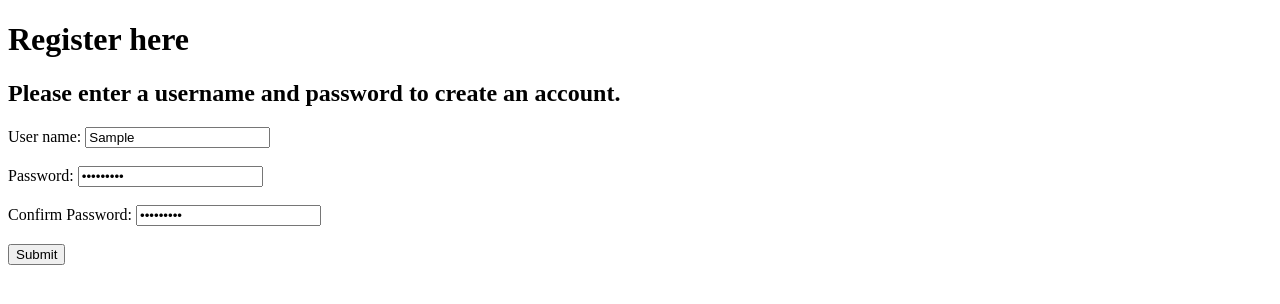
Repository: ejohnson93/CSCE_464
Page: http://localhost/hotel_management/register.jsp
These files come from the project's save history. The page is drawn as it stood at one moment and after the next save; the edit follows.
The browser window is 1280 px wide. The pictures show the whole page.
Empty fields were first filled with sample values (such as "Sample", 5 or name@example.com).
After loading, the first visible `#regForm` was submitted once.
The page is served by Tomcat 9. Other server files are loaded and not shown. The template is opened directly, without the code that normally fills it, so the values that code supplies are empty.

Above is the page before, as saved 2016-01-30 16:09:08.

### hotel_management/WebContent/register.jsp
<%@ page language="java" contentType="text/html; charset=ISO-8859-1"
    pageEncoding="ISO-8859-1"%>
<!DOCTYPE html PUBLIC "-//W3C//DTD HTML 4.01 Transitional//EN" "http://www.w3.org/TR/html4/loose.dtd">
<html>
<head>
<meta http-equiv="Content-Type" content="text/html; charset=ISO-8859-1">
<title>Register</title>
</head>
<body>
<h1> Register here</h1>
<h2>Please enter a username and password to create an account.</h2>
<form id="regForm" name="input" action="Register" method="post" onsubmit="myFunction(); return false;">
User name: <input type="text" name="username">
<br></br>
Password: <input type="password" name="password">
<br></br>
Confirm Password: <input type="password" name="confirm">
<br></br>
<input type="submit" value="Submit">
</form>
<%if (request.getAttribute("nameTaken") != null){ %>
<p style="color: red;"><%= request.getAttribute("nameTaken") %></p>
<%}  if (request.getAttribute("passError") != null) {%>
<p><%= request.getAttribute("passError") %></p>
<%} %>
<script>
function myFunction() {
    var password = document.getElementById("regForm").elements[1].value;
    var confirm = document.getElementById("regForm").elements[2].value;
    if ( password != confirm ) {
    	alert("Passwords did not match");
    	return false;
    }else{
    	return true;
    }
}
</script>
</body>
</html>

After the next save:
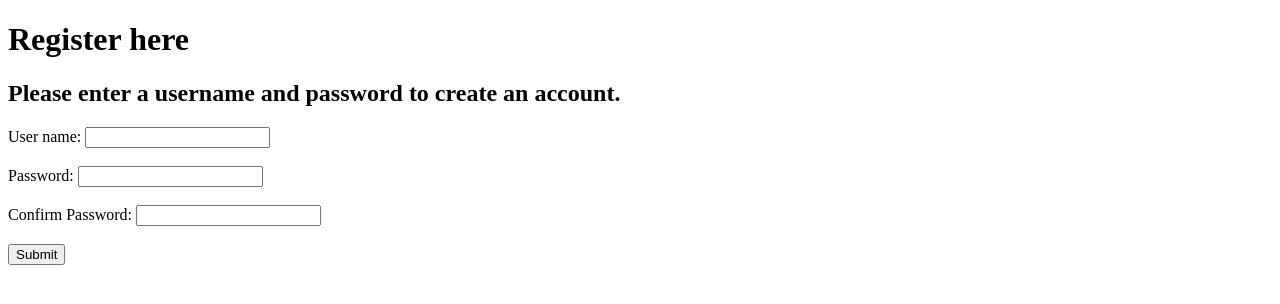
Saved 2 min 28 s later.
--- a/hotel_management/WebContent/register.jsp
+++ b/hotel_management/WebContent/register.jsp
@@ -27,6 +27,7 @@ Confirm Password: <input type="password" name="confirm">
 function myFunction() {
     var password = document.getElementById("regForm").elements[1].value;
     var confirm = document.getElementById("regForm").elements[2].value;
+    document.getElementById("regForm").reset();
     if ( password != confirm ) {
     	alert("Passwords did not match");
     	return false;
